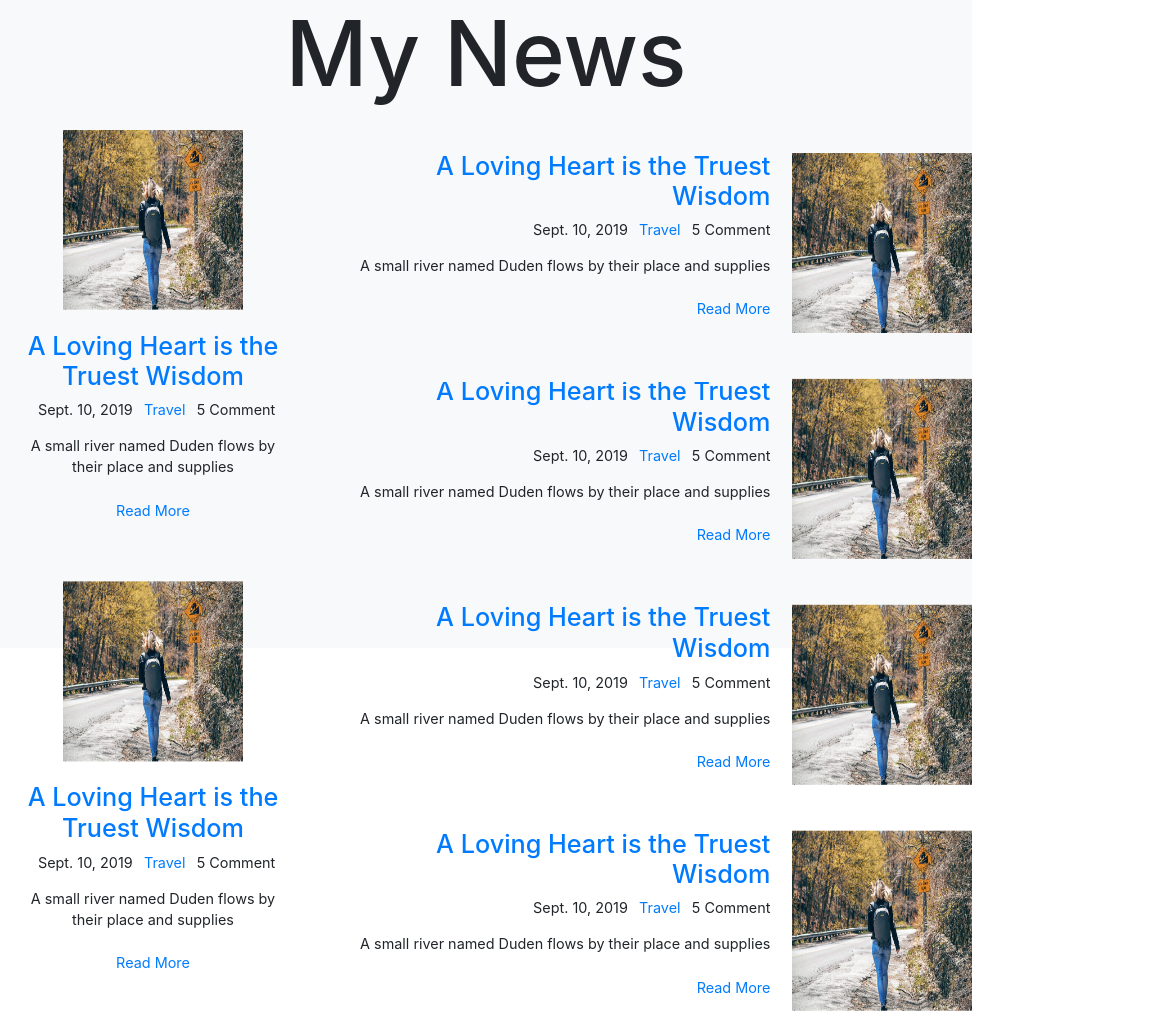
Repository: tts2610/GoogleNews
Page: index.html
These files come from the project's save history. The page is drawn as it stood at one moment and after the next save; the edit follows.
The browser window is 1280 px wide. The pictures show the whole page, at 90% of full size.
An inner scrolling area shows only its first screen.

Above is the page before, as saved 2020-05-20 14:19:34.

### index.html
<!DOCTYPE html>
<html lang="en">

<head>
    <meta charset="UTF-8">
    <meta name="viewport" content="width=device-width, initial-scale=1.0">
    <title>Document</title>
    <link rel="stylesheet" href="https://maxcdn.bootstrapcdn.com/bootstrap/4.4.1/css/bootstrap.min.css">

    <!-- jQuery library -->
    <script src="https://ajax.googleapis.com/ajax/libs/jquery/3.5.1/jquery.min.js"></script>

    <!-- Popper JS -->
    <script src="https://cdnjs.cloudflare.com/ajax/libs/popper.js/1.16.0/umd/popper.min.js"></script>

    <!-- Latest compiled JavaScript -->
    <script src="https://maxcdn.bootstrapcdn.com/bootstrap/4.4.1/js/bootstrap.min.js"></script>
    <link rel="stylesheet" href="css/style.css">

    <link href="https://unpkg.com/aos@2.3.1/dist/aos.css" rel="stylesheet">
</head>

<body>
    <div class="myContainer">
        <div class="sidenav"></div>
        <div class="content" id="myContent">
            <div class="content-header mb-4">
                <h1 style="font-size: 100px; text-align: center;">My News</h1>
            </div>
            <div class="row" data-aos="fade-up" data-aos-duration="1000">
                <div class="col-4 d-flex">
                    <div class="blog-entry-left">
                        <div>
                            <img src="img/image_8.jpg" width="200" height="200">
                        </div>
                        <div class="text p-4" style="text-align: center;">
                            <h3 class="mb-2"><a href="single.html">A Loving Heart is the Truest Wisdom</a></h3>
                            <div class="meta-wrap">
                                <p class="meta">
                                    <span><i class="icon-calendar mr-2"></i>Sept. 10, 2019</span>
                                    <span><a href="single.html"><i class="icon-folder-o mr-2"></i>Travel</a></span>
                                    <span><i class="icon-comment2 mr-2"></i>5 Comment</span>
                                </p>
                            </div>
                            <p class="mb-4">A small river named Duden flows by their place and supplies</p>
                            <p><a href="#" class="btn-custom">Read More <span class="ion-ios-arrow-forward"></span></a></p>
                        </div>
                    </div>
                </div>
                <div class="col-8 d-flex">
                    <div class="row">
                        <div class="col-md-12">
                            <div class="blog-entry ftco-animate d-md-flex align-items-center">
                                <div class="text text-2 text-md-right p-4">
                                    <h3 class="mb-2"><a href="single.html">A Loving Heart is the Truest Wisdom</a></h3>
                                    <div class="meta-wrap">
                                        <p class="meta">
                                            <span><i class="icon-calendar mr-2"></i>Sept. 10, 2019</span>
                                            <span><a href="single.html"><i class="icon-folder-o mr-2"></i>Travel</a></span>
                                            <span><i class="icon-comment2 mr-2"></i>5 Comment</span>
                                        </p>
                                    </div>
                                    <p class="mb-4">A small river named Duden flows by their place and supplies</p>
                                    <p><a href="#" class="btn-custom">Read More <span class="ion-ios-arrow-forward"></span></a></p>
                                </div>
                                <div class="news-img"><img src="img/image_8.jpg" width="200" height="200"></div>
                            </div>
                        </div>
                        <div class="col-md-12">
                            <div class="blog-entry ftco-animate d-md-flex align-items-center">
                                <div class="text text-2 text-md-right p-4">
                                    <h3 class="mb-2"><a href="single.html">A Loving Heart is the Truest Wisdom</a></h3>
                                    <div class="meta-wrap">
                                        <p class="meta">
                                            <span><i class="icon-calendar mr-2"></i>Sept. 10, 2019</span>
                                            <span><a href="single.html"><i class="icon-folder-o mr-2"></i>Travel</a></span>
                                            <span><i class="icon-comment2 mr-2"></i>5 Comment</span>
                                        </p>
                                    </div>
                                    <p class="mb-4">A small river named Duden flows by their place and supplies</p>
                                    <p><a href="#" class="btn-custom">Read More <span class="ion-ios-arrow-forward"></span></a></p>
                                </div>
                                <div class="news-img"><img src="img/image_8.jpg" width="200" height="200"></div>
                            </div>
                        </div>
                    </div>
                </div>
            </div>

            <div class="row" data-aos="fade-up" data-aos-duration="1000">
                <div class="col-4 d-flex">
                    <div class="blog-entry-left">
                        <div>
                            <img src="img/image_8.jpg" width="200" height="200">
                        </div>
                        <div class="text p-4" style="text-align: center;">
                            <h3 class="mb-2"><a href="single.html">A Loving Heart is the Truest Wisdom</a></h3>
                            <div class="meta-wrap">
                                <p class="meta">
                                    <span><i class="icon-calendar mr-2"></i>Sept. 10, 2019</span>
                                    <span><a href="single.html"><i class="icon-folder-o mr-2"></i>Travel</a></span>
                                    <span><i class="icon-comment2 mr-2"></i>5 Comment</span>
                                </p>
                            </div>
                            <p class="mb-4">A small river named Duden flows by their place and supplies</p>
                            <p><a href="#" class="btn-custom">Read More <span class="ion-ios-arrow-forward"></span></a></p>
                        </div>
                    </div>
                </div>
                <div class="col-8 d-flex">
                    <div class="row">
                        <div class="col-md-12">
                            <div class="blog-entry ftco-animate d-md-flex align-items-center">
                                <div class="text text-2 text-md-right p-4">
                                    <h3 class="mb-2"><a href="single.html">A Loving Heart is the Truest Wisdom</a></h3>
                                    <div class="meta-wrap">
                                        <p class="meta">
                                            <span><i class="icon-calendar mr-2"></i>Sept. 10, 2019</span>
                                            <span><a href="single.html"><i class="icon-folder-o mr-2"></i>Travel</a></span>
                                            <span><i class="icon-comment2 mr-2"></i>5 Comment</span>
                                        </p>
                                    </div>
                                    <p class="mb-4">A small river named Duden flows by their place and supplies</p>
                                    <p><a href="#" class="btn-custom">Read More <span class="ion-ios-arrow-forward"></span></a></p>
                                </div>
                                <div class="news-img"><img src="img/image_8.jpg" width="200" height="200"></div>
                            </div>
                        </div>
                        <div class="col-md-12">
                            <div class="blog-entry ftco-animate d-md-flex align-items-center">
                                <div class="text text-2 text-md-right p-4">
                                    <h3 class="mb-2"><a href="single.html">A Loving Heart is the Truest Wisdom</a></h3>
                                    <div class="meta-wrap">
                                        <p class="meta">
                                            <span><i class="icon-calendar mr-2"></i>Sept. 10, 2019</span>
                                            <span><a href="single.html"><i class="icon-folder-o mr-2"></i>Travel</a></span>
                                            <span><i class="icon-comment2 mr-2"></i>5 Comment</span>
                                        </p>
                                    </div>
                                    <p class="mb-4">A small river named Duden flows by their place and supplies</p>
                                    <p><a href="#" class="btn-custom">Read More <span class="ion-ios-arrow-forward"></span></a></p>
                                </div>
                                <div class="news-img"><img src="img/image_8.jpg" width="200" height="200"></div>
                            </div>
                        </div>
                    </div>
                </div>
            </div>


        </div>
    </div>

    <script src="js/script.js"></script>
    <script src="https://unpkg.com/aos@2.3.1/dist/aos.js"></script>
    <script>
        AOS.init();
    </script>
</body>

</html>

### css/style.css
body {
    margin: 0
}

.myContainer {
    display: flex;
    justify-content: start;
}

.sidenav {
    position: absolute;
    top: 0;
    left: 0;
    bottom: 0;
    width: 200px;
    background-color: pink;
}

.content {
    height: 100vh;
    width: calc(100% - 200px);
    float: right;
    position: relative;
    background-color: #f8f9fa;
    /* overflow-y: scroll; */
}

.blog-entry-left {
    display: flex;
    flex-direction: column;
    align-items: center;
}

Loaded but not shown: js/script.js (common file)

After the next save:
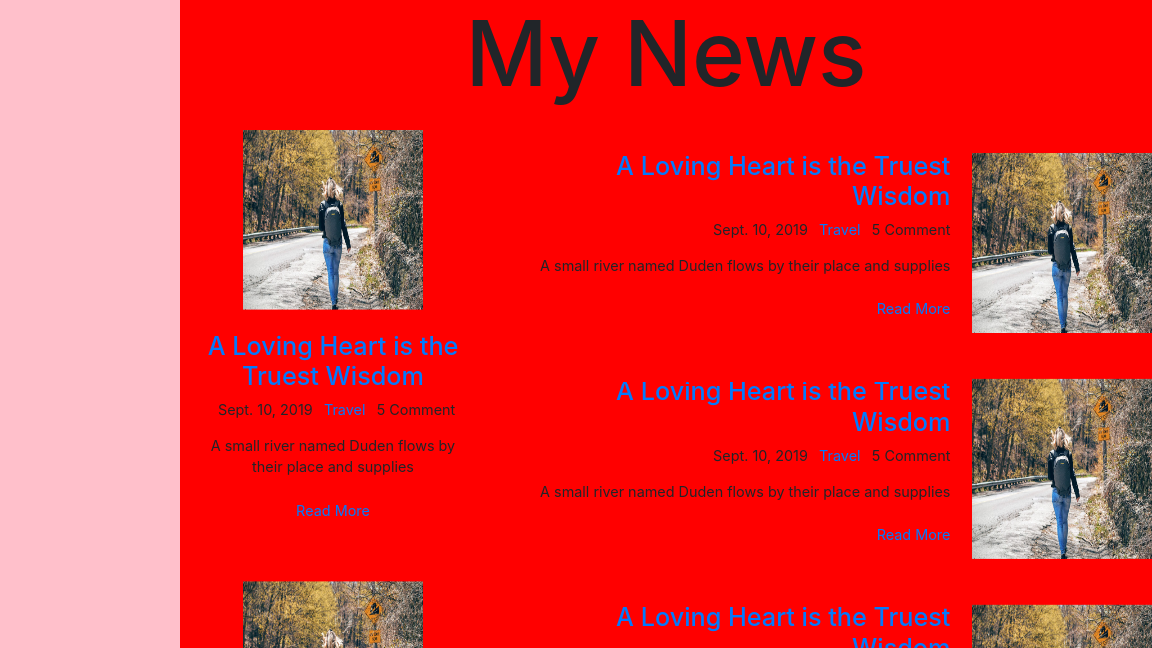
Saved 9 s later.
--- a/css/style.css
+++ b/css/style.css
@@ -17,11 +17,13 @@ body {
 }
 
 .content {
-    height: 100vh;
-    width: calc(100% - 200px);
-    float: right;
-    position: relative;
-    background-color: #f8f9fa;
+    position: absolute;
+    top: 0;
+    left: 200px;
+    right: 0;
+    bottom: 0;
+    overflow: auto;
+    background-color: red;
     /* overflow-y: scroll; */
 }
 
